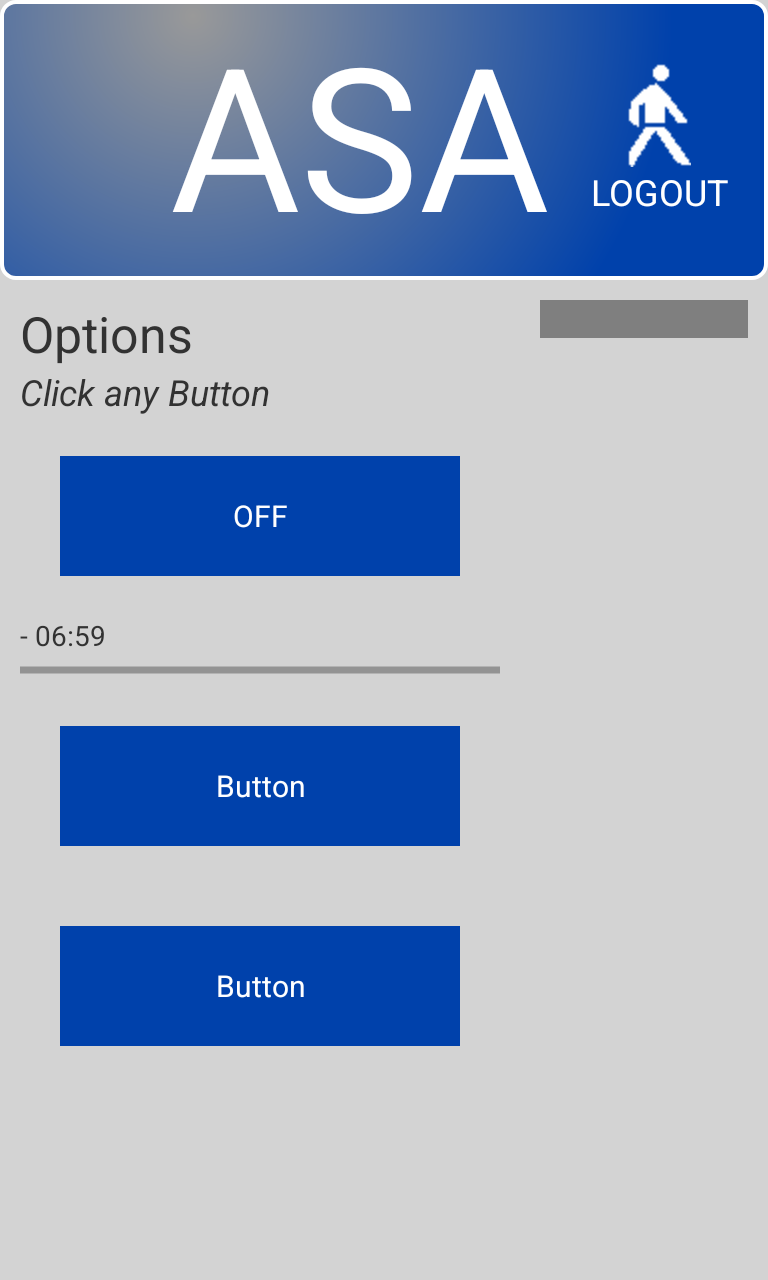
Repository: vinnare89/ASA
Layout: ASA/res/layout/asa_layout.xml
The author's editor kept a copy of each file at every save. The layout is drawn from the files as they stood at one save, then again after the next save.
Pictures or frames that could not be fetched are drawn as grey boxes. It is drawn on a 768 x 1280 px phone screen (xhdpi) without system bars, with theme AppTheme; the app's code is not run.

Above is the layout before, as saved 2013-12-28 17:39:36.

After the next save:
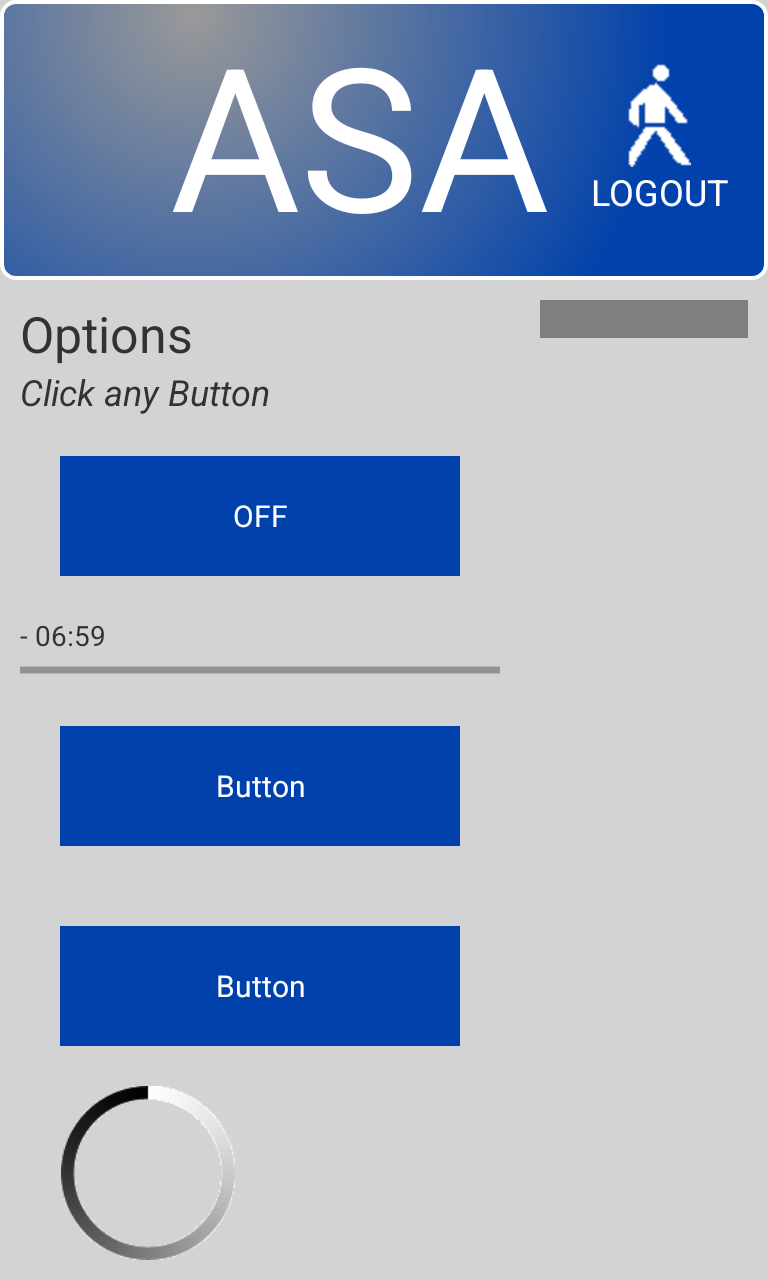
Saved 36 s later.
--- a/ASA/res/layout/asa_layout.xml
+++ b/ASA/res/layout/asa_layout.xml
@@ -102,6 +102,12 @@
                 android:layout_height="wrap_content"
                 android:text="Button" />
 
+            <ImageView
+                android:id="@+id/imageView1"
+                android:layout_width="wrap_content"
+                android:layout_height="wrap_content"
+                android:src="@drawable/load" />
+
         </LinearLayout>
 
         <LinearLayout

After the 3 saves that followed:
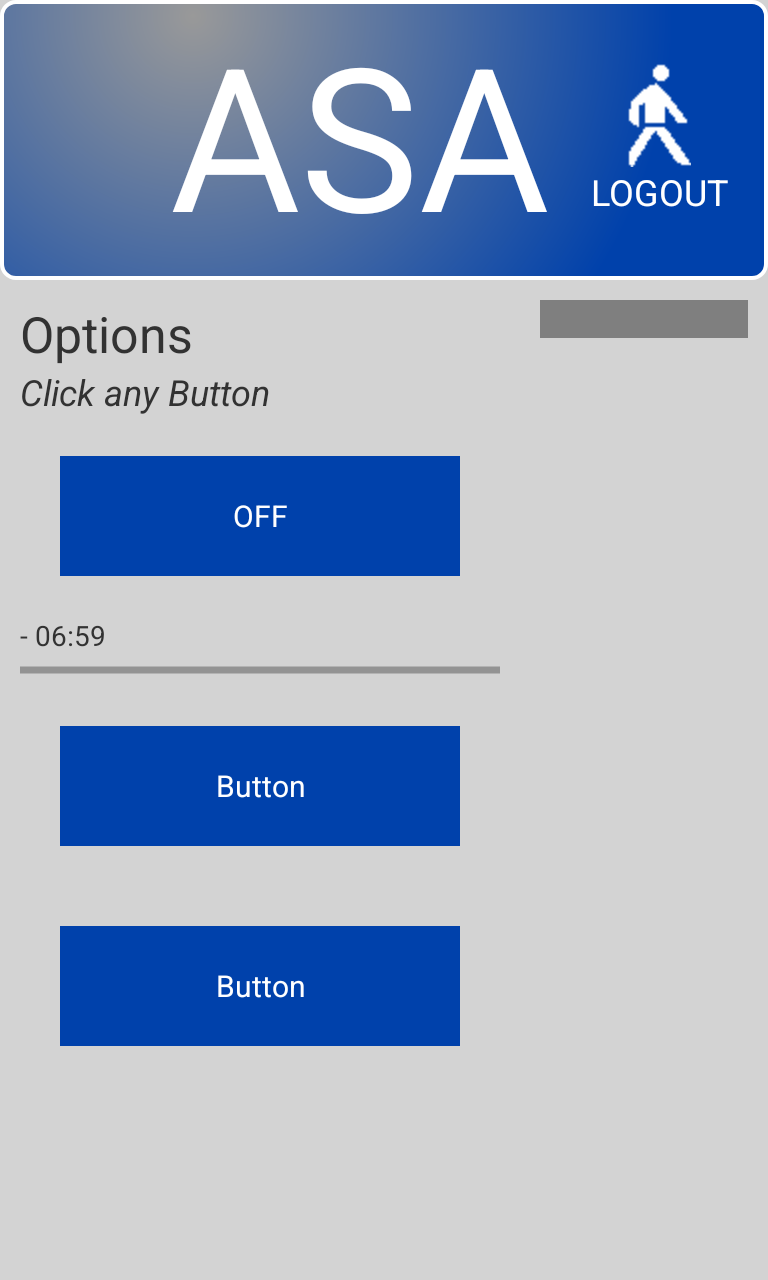
The 3 saves are shown as one change because 2 left the picture as it was.
The last was saved 10 min 1 s later.
--- a/ASA/res/layout/asa_layout.xml
+++ b/ASA/res/layout/asa_layout.xml
@@ -102,12 +102,6 @@
                 android:layout_height="wrap_content"
                 android:text="Button" />
 
-            <ImageView
-                android:id="@+id/imageView1"
-                android:layout_width="wrap_content"
-                android:layout_height="wrap_content"
-                android:src="@drawable/load" />
-
         </LinearLayout>
 
         <LinearLayout
